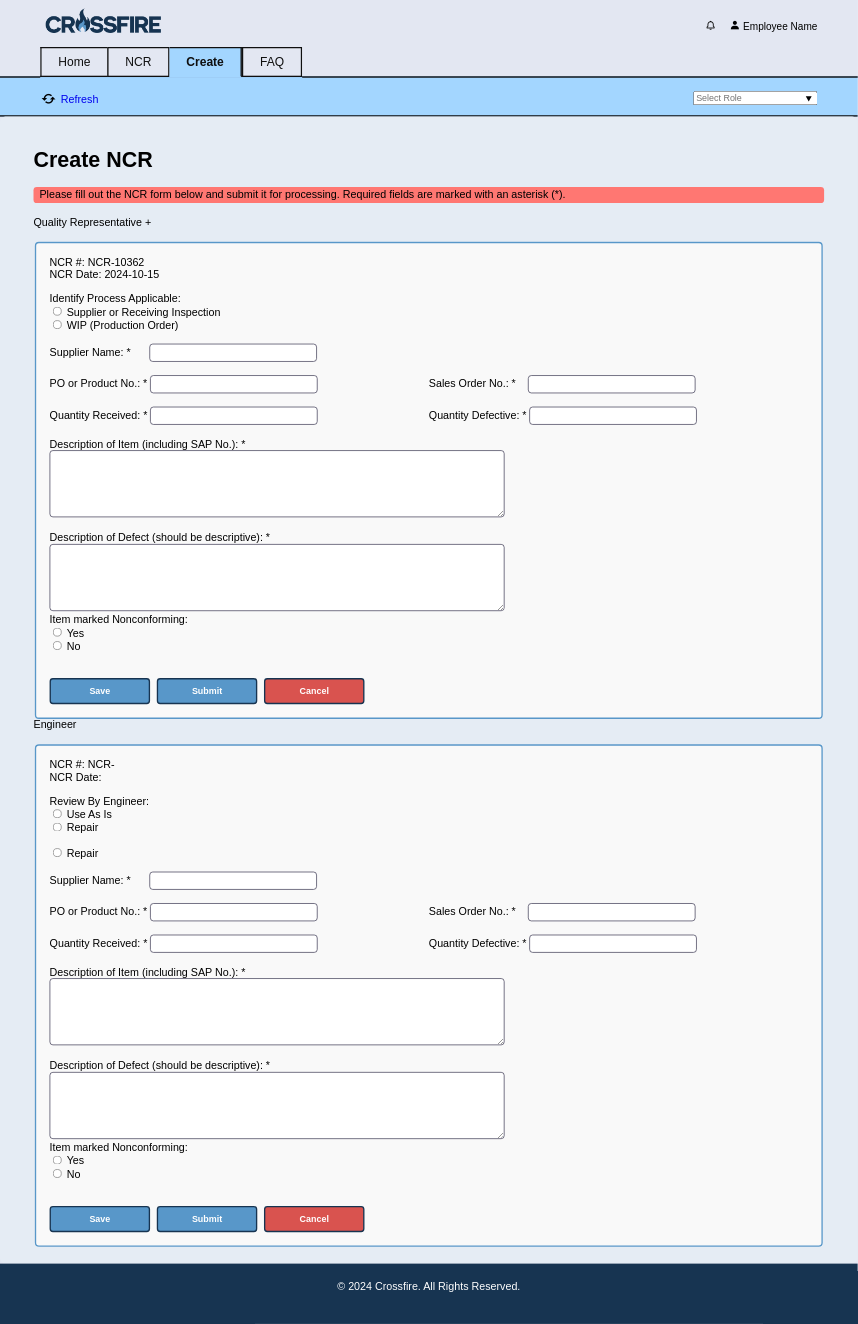
Repository: NyleNC/OSSProg1180
Page: OSS-CrossFire/create - Copy.html
An editor plug-in stored every save of this project. The page is shown before and after the next save, followed by the edit.
The browser window is 1280 px wide. The pictures show the whole page, at 67% of full size.

Above is the page before, as saved 2024-11-18 09:45:20.
Console error: TypeError: Cannot read properties of null (reading 'addEventListener')

After the next save:
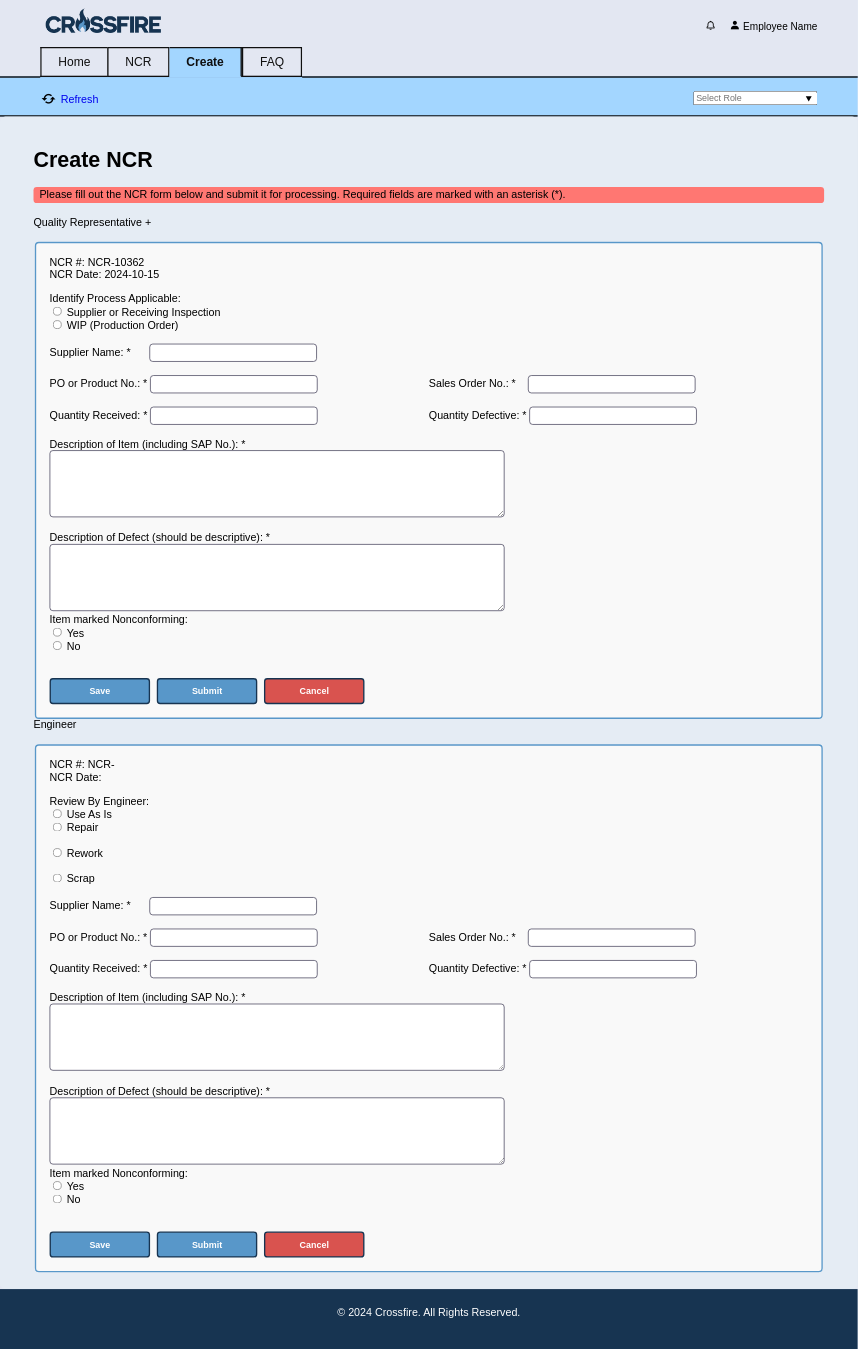
Saved 62 s later.
--- a/OSS-CrossFire/create - Copy.html
+++ b/OSS-CrossFire/create - Copy.html
@@ -177,8 +177,12 @@
                         <label for="wip">Repair</label>
                     </div><br>
                     <div class="form-ipa2">
-                        <input type="radio" id="repair" name="repair" value="repair" >
-                        <label for="wip">Repair</label>
+                        <input type="radio" id="reWork" name="reWork" value="reWork" >
+                        <label for="wip">Rework</label>
+                    </div><br>
+                    <div class="form-ipa2">
+                        <input type="radio" id="scrap" name="scrap" value="scrap" >
+                        <label for="wip">Scrap</label>
                     </div><br>
                     <div class="form-group">
                         <label for="supplierName">Supplier Name: *</label>&nbsp;&nbsp;
